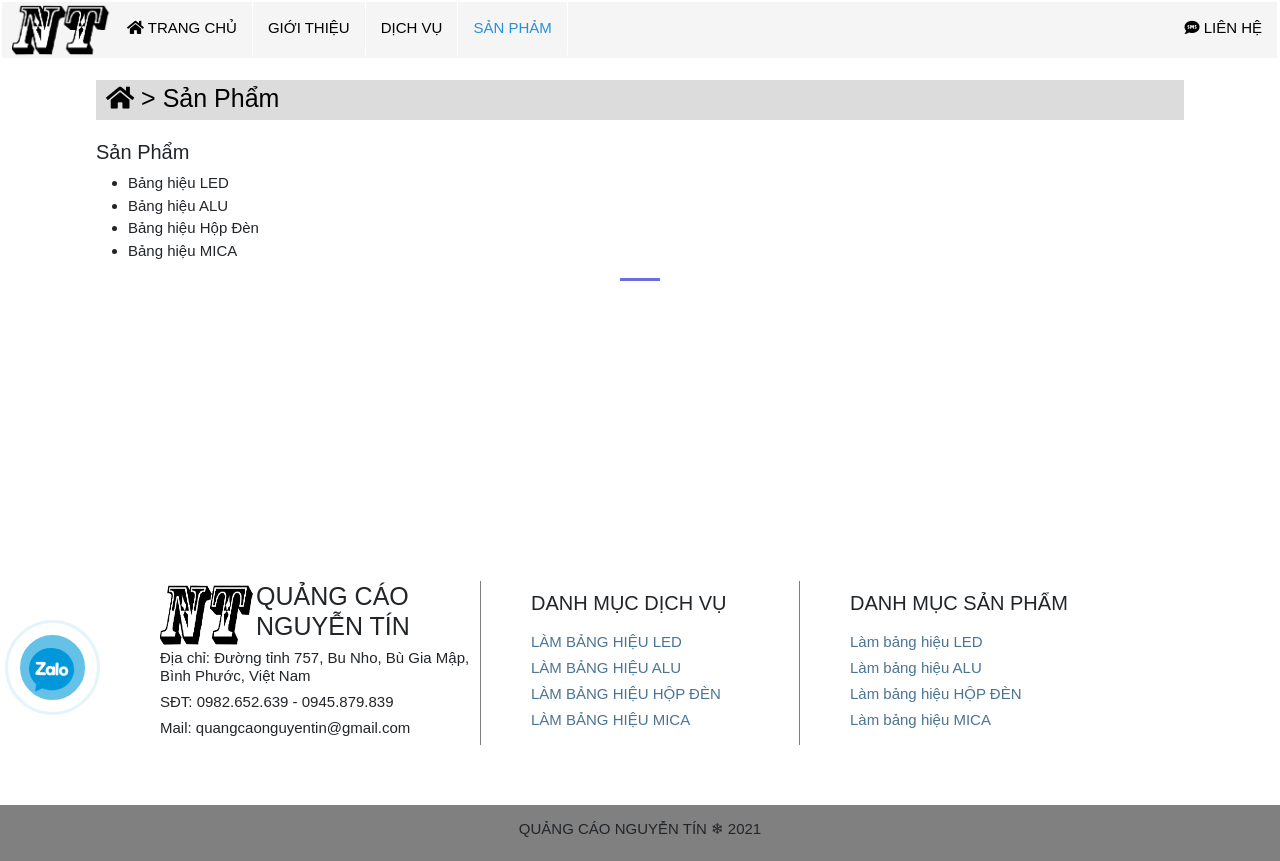
Repository: Haunguyen42193/quangcaonguyentin.github.io
Page: product.html
These files come from the project's save history. The page is drawn as it stood at one moment and after the next save; the edit follows.
The browser window is 1280 px wide. The pictures show the whole page.
Some web fonts or font styles are not loaded; a fallback is used. Some web libraries are served in a nearby version.

Above is the page before, as saved 2021-10-13 16:05:13.
Console error: ReferenceError: init is not defined

### product.html
<!DOCTYPE html>
<html lang="en">
<head>
    <meta charset="UTF-8">
    <meta http-equiv="X-UA-Compatible" content="IE=edge">
    <meta name="viewport" content="width=device-width, initial-scale=1.0">
    <meta http-equiv="refresh" content="18000"/>
    <title>Quảng Cáo Nguyễn Tín</title>
    <link rel="shotcut icon" href="images/logo2.png"/>
    <link
    rel="stylesheet"
    href="https://cdnjs.cloudflare.com/ajax/libs/animate.css/4.1.1/animate.min.css"
    />
    <!--carousel-->
    <link href="https://cdn.jsdelivr.net/npm/bootstrap@5.1.0/dist/css/bootstrap.min.css" rel="stylesheet" integrity="sha384-KyZXEAg3QhqLMpG8r+8fhAXLRk2vvoC2f3B09zVXn8CA5QIVfZOJ3BCsw2P0p/We" crossorigin="anonymous">
    <!--font awesome-->
    <link rel="stylesheet" href="https://pro.fontawesome.com/releases/v5.10.0/css/all.css" integrity="sha384-AYmEC3Yw5cVb3ZcuHtOA93w35dYTsvhLPVnYs9eStHfGJvOvKxVfELGroGkvsg+p" crossorigin="anonymous"/>
    <!--css-->
    <link rel="stylesheet" href="CSS/styleproduct.css"/>
    <!--font chữ-->
    <link rel="preconnect" href="https://fonts.googleapis.com">
    <link rel="preconnect" href="https://fonts.gstatic.com" crossorigin>
    <link href="https://fonts.googleapis.com/css2?family=K2D:wght@600&display=swap" rel="stylesheet">
    <!-- JavaScript Bundle with Popper -->
    <script src="https://cdn.jsdelivr.net/npm/bootstrap@5.1.0/dist/js/bootstrap.bundle.min.js" integrity="sha384-U1DAWAznBHeqEIlVSCgzq+c9gqGAJn5c/t99JyeKa9xxaYpSvHU5awsuZVVFIhvj" crossorigin="anonymous"></script>
    <!--Jquery-->
    <script src="Js/jquery-3.6.0.min.js"></script>
    <!--wowjs-->
    <script src="https://cdnjs.cloudflare.com/ajax/libs/wow/1.1.2/wow.min.js" integrity="sha512-Eak/29OTpb36LLo2r47IpVzPBLXnAMPAVypbSZiZ4Qkf8p/7S/XRG5xp7OKWPPYfJT6metI+IORkR5G8F900+g==" crossorigin="anonymous" referrerpolicy="no-referrer"></script>

</head>
<body onload="init()">
    <script src="Js/jsproduct.js"></script>
    <!--Menu-->
    <nav class="header-menu">
        <div class="menu">
            <div class="logo">
                <a href="homepage.html"><img src="images/logo2.png" alt="bang quang cao tiem" id="logotiem"/></a>
            </div>
            <ul>
                <li><a href="homepage.html"><i class="fas fa-home"></i> TRANG CHỦ</a></li>
                <li><a href="introduce.html">GIỚI THIỆU</a></li>
                <li class="sub"><a href="service.html">DỊCH VỤ</a>
                    <ul class="menu subcontent">
                        <li><a href="service.html#tab1" rel="service.html#LED">LÀM BẢNG HIỆU LED</a></li>
                        <li><a href="service.html#tab2" rel="service.html#ALU">LÀM BẢNG HIỆU ALU</a></li>
                        <li><a href="service.html#tab3" rel="service.html#Hd">LÀM BẢNG HIỆU HỘP ĐÈN</a></li>
                        <li><a href="service.html#tab4" rel="service.html#MICA">LÀM BẢNG HIỆU MICA</a></li>
                    </ul>
                </li>
                <li class="sub"><a href="product.html" class="chose">SẢN PHẢM</a>
                    <ul class="menu subcontent">
                        <li><a href="#">BẢNG HIỆU LED</a></li>
                        <li><a href="#">BẢNG HIỆU ALU</a></li>
                        <li><a href="#">BẢNG HIỆU HỘP ĐÈN</a></li>
                        <li><a href="#">BẢNG HIỆU MICA</a></li>
                    </ul>
                </li>
                <li><a href="contact.html"><i class="fas fa-sms"></i> LIÊN HỆ</a></li>
            </ul>
        </div>
    </nav>
    <!--page-->
    <section>
        <div class="page">
            <div>
                <a href="homepage.html" title="Trang chủ"><i class="fas fa-home"></i></a>
                <span>></span>
                <span class="move">Sản Phẩm</span>
            </div>
        </div>
    </section>
    <!--go to top-->
    <section>
        <div>
            <a id="goToTop" href="javascript:;"><i class="fas fa-chevron-up" title="GO TO TOP"></i></a>
        </div>
    </section>
    <!--zalo-->
    <section >
        <div class="zalo">
            <a href="https://zalo.me/0982652639" target="_blank"><img src="images/icon-zalo1.png"/></a>
        </div>
        <div class="zalo-circle"></div>
        <div class="zalo-circle-small"></div>
    </section>

    <!--product-->
    <section class="product">
        <div class="product-menu">
            <h5>Sản Phẩm</h5>
            <ul>
                <li>Bảng hiệu LED</li>
                <li>Bảng hiệu ALU</li>
                <li>Bảng hiệu Hộp Đèn</li>
                <li>Bảng hiệu MICA</li>
            </ul>
        </div>
        <div class="line"></div>
    </section>

    <!--foot-contact-->
    <section>
        <div class="foot-contacts">
          <div class="foot-contact">
            <img src="images/logo2.png" alt="logo" class="foot-logo" />
            <h1>QUẢNG CÁO NGUYỄN TÍN</h1>
            <h2>Địa chỉ: Đường tỉnh 757, Bu Nho, Bù Gia Mập, Bình Phước, Việt Nam</h2>
            <h2>SĐT: 0982.652.639 - 0945.879.839</h2>
            <h2>Mail: quangcaonguyentin@gmail.com</h2>
          </div>
          <div class="foot-service">
            <div class="foot-service-title">
              <h1>DANH MỤC DỊCH VỤ</h1>
            </div>
            <h2><a href="service.html#tab1" rel="service.html#LED">LÀM BẢNG HIỆU LED</a></h2>
            <h2><a href="service.html#tab2" rel="service.html#ALU">LÀM BẢNG HIỆU ALU</a></h2>
            <h2><a href="service.html#tab3" rel="service.html#Hd">LÀM BẢNG HIỆU HỘP ĐÈN</a></h2>
            <h2><a href="service.html#tab4" rel="service.html#MICA">LÀM BẢNG HIỆU MICA</a></h2>
          </div>
          <div class="foot-product">
            <div class="foot-service-title">
              <h1>DANH MỤC SẢN PHẨM</h1>
            </div>
            <h2><a href="#">Làm bảng hiệu LED</a></h2>
            <h2><a href="#">Làm bảng hiệu ALU</a></h2>
            <h2><a href="#">Làm bảng hiệu HỘP ĐÈN</a></h2>
            <h2><a href="#">Làm bảng hiệu MICA</a></h2>
          </div>
        </div>
    </section>
    <!--foot-->
    <div class="web-foot">
        <h2>QUẢNG CÁO NGUYỄN TÍN &#10052 2021</h2>
    </div>
</body>
</html>

### CSS/styleproduct.css
body {
    font-family: 'K2D', sans-serif;
    font-size: 15px;
    background-color: white;
    background-repeat: no-repeat;
    background-attachment: fixed;
    /* background:linear-gradient( #F18D9E, #E6D72A, #5BC8AC, #98DBC6); */
}
/*menu*/
.header-menu{
    width:100%;
    background-color: whitesmoke;
    padding-left: 10px;
    border: 2px solid white;
    position: fixed;
    z-index:99;
    top:0;
    left:0;

}
img#logotiem{
    width:100px;
    float:left;
}
div.menu > ul{
    display:flex;
    /* justify-content: center;
    align-items: center; */
}
div.menu ul{
    list-style-type: none;
    margin: 0;
    padding:0;
    background-color: whitesmoke;
}
div.menu ul li:last-child{
    margin-left: auto;
}
.subcontent{
    display:none;
    background: linear-gradient(gray, rgb(224, 222, 222));
}
.sub:hover .subcontent{
    display: block;
    position:absolute;
    width: 230px;
}

div.menu ul li{
    margin-bottom: 0px;
    position:relative;
    border-right: 1px solid white;
}

div.menu ul li a::before{
    content: '';
     position: absolute;
     bottom: -7px;
     left: 0px;
     width: 100%;
     height: 5px;
     background-color: #0cacdd;
     border-radius: 8px 8px 0 0;
     opacity: 0;
     transition: 0.3s;
}

div.menu ul li a:hover:before{
    opacity: 1;
    bottom:0;
}
div.menu ul li a{
    text-decoration: none;
    display: block;
    padding: 15px;
}
a:link{
    color:black;
}
a:visited{
    color:black;
}
a:hover{
    background-color: rgb(37, 32, 32);
    color: #2591d8;
}
a:active{
    color:rgb(35, 23, 201);
}

.subcontent::before{
    content: " ";
    border-width: 10px;
    border-style: solid;
    border-color:transparent transparent gray transparent;
    position: absolute;
    bottom: 100%;
    left:15%;
}
.chose{
    color: #2591d8 !important;
}
/*gototop*/
#goToTop {
    position: fixed;
    font-size: 30px;
    border-radius: 50%;
    z-index: 99;
    padding: 0 10px;
    border: 2px solid red;
    color: red;
    opacity: 0.5;
    right: 10px;
    bottom: 10px;
}
/*zalo*/
.zalo{
    position: fixed;
    z-index: 999;
    left: 29px;
    bottom: 28px;
    width: 3.5%;
}
.zalo-circle{
    position: fixed;
    z-index: 998;
    left: 15px;
    bottom: 15px;
    width: 75px;
    height: 75px;
    border: 20px solid #0098da;
    border-radius: 50%;
    opacity: 0;
    animation: zalo-ring-circle 2s infinite ease-out;
}
.zalo-circle-small{
    position: fixed;
    z-index: 998;
    left: 5px;
    bottom: 5px;
    width: 95px;
    height: 95px;
    border: 3px solid #0098da;
    border-radius: 50%;
    opacity: 0;
    animation: zalo-ring-circle-small 2s infinite ease-out;
}
.zalo img{
    width: 100%;
    animation:zalo-ring 1s infinite ease-in-out;
}
.zalo > a:hover{
    background-color: transparent;
}
@keyframes zalo-ring{
    0%{
        transform:rotate(0) scale(1) skew(1deg)
    }
    10%{
        transform:rotate(-25deg) scale(1.05) skew(1deg)
    }
    20%{
        transform:rotate(25deg) scale(1) skew(1deg)
    }
    30%{
        transform:rotate(-25deg) scale(1.05) skew(1deg)
    }
    40%{
        transform:rotate(25deg) scale(1) skew(1deg)
    }
    50%{
        transform:rotate(0) scale(1) skew(1deg)
    }
    100%{
        transform:rotate(0) scale(1) skew(1deg)
    }
}
@keyframes zalo-ring-circle{
    0%{
        transform: scale(0.8); opacity: 0.6;
    }
    50%{
        transform: scale(1); opacity: 0.6;
    }
    100%{
        transform: scale(0.8); opacity: 0.6;
    }
}
@keyframes zalo-ring-circle-small{
    0%{
        transform: scale(0.8); opacity: 0.6;
    }
    50%{
        transform: scale(1); opacity: 0.3;
    }
}
/*foot contact*/
.foot-contacts {
    display: flex;
    position: relative;
    top: 400px;
    justify-content: center;
}
.foot-contacts h2{
    font-size: 15px;
}
.foot-contact {
    display: flex;
    width: 350px;
    flex-wrap: wrap;
    width: 25%;
}
.foot-logo{
    width:30%;
}
.foot-contact h1{
    width: 50%;
    font-size: 25px;
}
.foot-service{
    position: relative;
    border-right: 1px solid gray;
    width:25%;
    padding: 0 50px;
    border-left: 1px solid gray;
}
.foot-product{
    position: relative;
    width: 25%;
    padding: 0 50px;
}
.foot-service-title h1{
    font-size: 20px;
    padding-bottom: 10px;
    padding-top: 10px;
}
.foot-contacts a{
    text-decoration: none;
}
.foot-contacts a:link{
    color: #4b7494;
}
.foot-contacts a:visited{
    color: #4b7494;
}
.foot-contacts a:hover{
    color: #0c0e0f;
    background-color: white;
}
.foot-contacts a:active{
    color: #124c79;
}
/*web foot*/
.web-foot{
    background-color: gray;
    position: relative;
    top: 400px;
    padding: 15px;
    margin-top: 60px;
}
.web-foot > h2{
    text-align: center;
    font-size: 15px;
}
/*page*/
.page{
    color: black;
    position: relative;
    top: 80px;
    width: 85%;
    margin: auto;
    height: 40px;
    background-color: gainsboro;
    font-size: 25px;
}
.page div{
    padding-left: 10px;
}
.page a:hover{
    background-color: transparent;
    color: black;
}
.line{
    height: 3px;
    background-color: rgb(109, 107, 224);
    width: 40px;
    margin: 0 auto;
}
/*product*/
.product{
    position: relative;
    top: 100px;
    width: 85%;
    margin: auto;
}
div.list{
    width: 20%;
    text-align: left;
    font-size: 25px;
    margin-top: 1em;
    position: relative;
}
div.list h5{
    color: darkblue;
    text-decoration: underline;
}
div.list hr{
    margin: 10px 0 0 0 ;
}
div.list > ul > li{
    list-style-type: none;
    font-size: 18px;
    padding-top: 10px;
}
div.list > ul{
    padding: 0px;
}
div.list > ul > li a{
    text-decoration: none;
    color: red;
}
div.list > ul > li img{
    width: 100%;
}
div.list > ul > li a:hover{
    background-color: transparent;
    color: blue;
}

### Js/jsproduct.js
$(document).ready(function() {
    wow = new WOW({
        boxClass:     'wow',      // default
        animateClass: 'animate__animated', // default
        offset:       0,          // default
        mobile:       true,       // default
        live:         true        // default
    })
    wow.init();
    $("#goToTop").hide()
    $(window).scroll(function() {

        if($(this).scrollTop() >= 90){
            $("#goToTop").show("slow");
        }
        else{
            $("#goToTop").hide("slow");
        }
    })
    $("#goToTop").click(function() {
        $("html, body").animate({
            scrollTop: 0
        }, 1000);
    })
})

Loaded but not shown: Js/jquery-3.6.0.min.js (library)

After the next save:
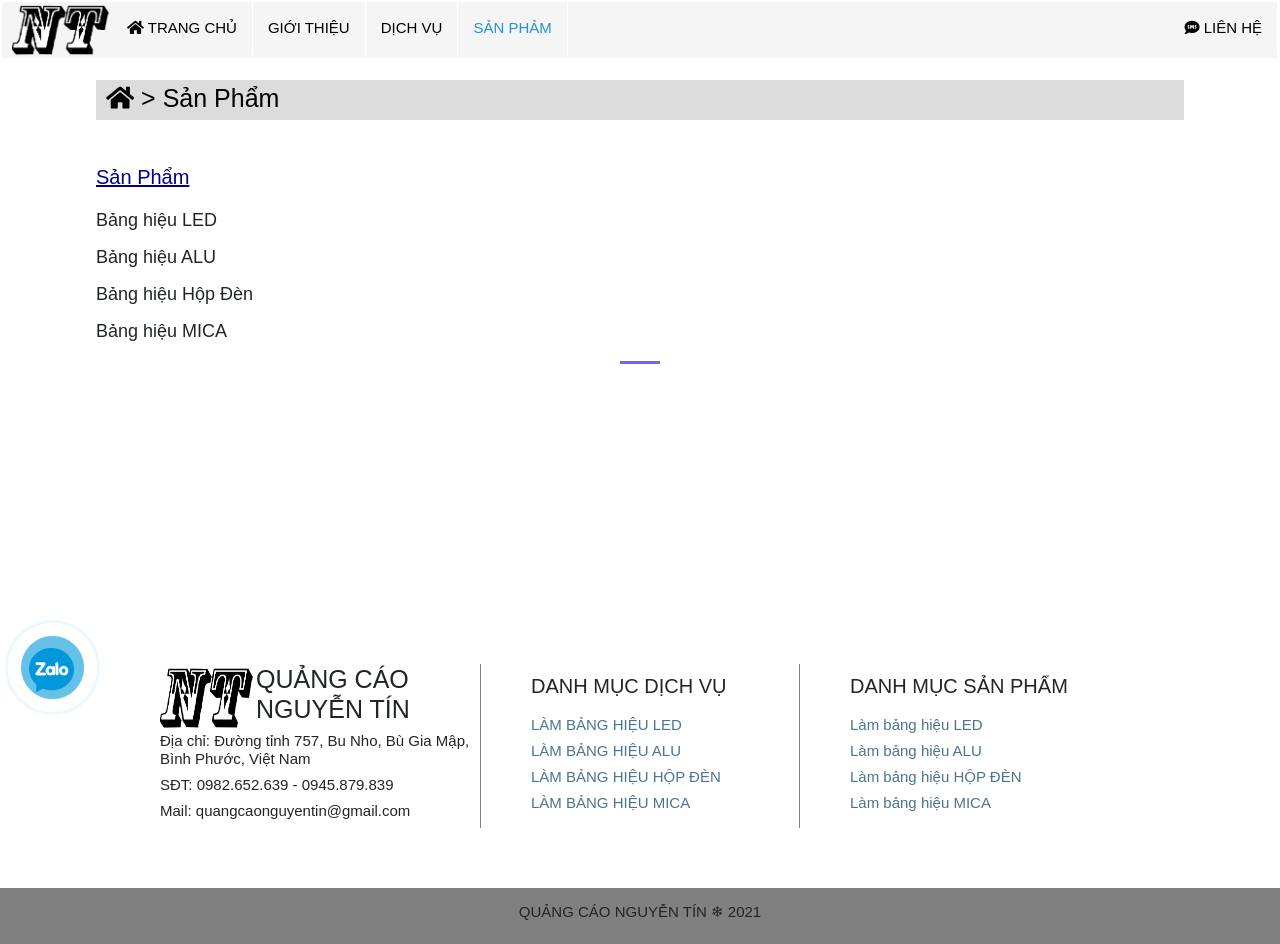
Saved 33 s later.
--- a/CSS/styleproduct.css
+++ b/CSS/styleproduct.css
@@ -293,29 +293,26 @@ a:active{
     width: 85%;
     margin: auto;
 }
-div.list{
+div.product-menu{
     width: 20%;
     text-align: left;
     font-size: 25px;
     margin-top: 1em;
     position: relative;
 }
-div.list h5{
+div.product-menu h5{
     color: darkblue;
     text-decoration: underline;
 }
-div.list hr{
-    margin: 10px 0 0 0 ;
-}
-div.list > ul > li{
+div.product-menu > ul > li{
     list-style-type: none;
     font-size: 18px;
     padding-top: 10px;
 }
-div.list > ul{
+div.product-menu > ul{
     padding: 0px;
 }
-div.list > ul > li a{
+div.product-menu > ul > li a{
     text-decoration: none;
     color: red;
 }
